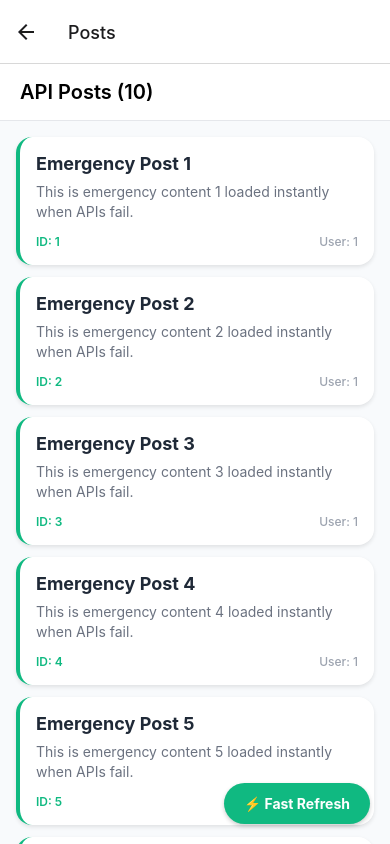
Repository: nawaz1568/Task_counter
Screen: /Posts
The author's editor kept a copy of each file at every save. The screen is drawn from the files as they stood at one save, then again after the next save.
The page's requests for data from a server got no answer. An inner scrolling area shows only its first screen. The app was drawn by React Native's web renderer in a window 390 px wide. The project was rebuilt for these pictures with package versions that can differ from the ones it lists, and the page was loaded fresh each time. No one was signed in, and anything a server would have sent is missing. Also part of the build but not shown: src/screens/PostDetailScreen.js, src/screens/CounterScreen.js.

Above is the screen before, as saved 2025-09-09 12:14:20.

After the next save:
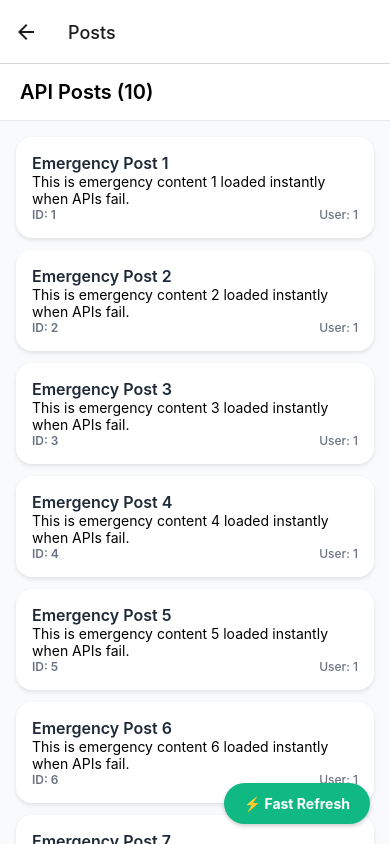
Saved 6 min 32 s later.
--- a/src/screens/PostListScreen.js
+++ b/src/screens/PostListScreen.js
@@ -198,21 +198,46 @@ const styles = StyleSheet.create({
     shadowOpacity: 0.1,
     shadowRadius: 4,
     elevation: 3,
+  },
+  completedCard: {
     borderLeftWidth: 4,
     borderLeftColor: '#10b981',
   },
+  pendingCard: {
+    borderLeftWidth: 4,
+    borderLeftColor: '#f59e0b',
+  },
+  cardHeader: {
+    flexDirection: 'row',
+    alignItems: 'flex-start',
+    justifyContent: 'space-between',
+    marginBottom: 12,
+  },
   cardTitle: {
-    fontSize: 18,
-    fontWeight: '700',
-    marginBottom: 8,
+    fontSize: 16,
+    fontWeight: '600',
     color: '#1f2937',
     textTransform: 'capitalize',
-  },
-  cardBody: {
-    color: '#6b7280',
-    fontSize: 14,
-    lineHeight: 20,
-    marginBottom: 12,
+    flex: 1,
+    marginRight: 12,
+  },
+  statusBadge: {
+    borderRadius: 12,
+    paddingHorizontal: 8,
+    paddingVertical: 4,
+    minWidth: 24,
+    alignItems: 'center',
+  },
+  completedBadge: {
+    backgroundColor: '#10b981',
+  },
+  pendingBadge: {
+    backgroundColor: '#f59e0b',
+  },
+  statusText: {
+    color: '#ffffff',
+    fontSize: 12,
+    fontWeight: '700',
   },
   cardFooter: {
     flexDirection: 'row',
@@ -221,13 +246,23 @@ const styles = StyleSheet.create({
   },
   cardId: {
     fontSize: 12,
-    color: '#10b981',
+    color: '#6b7280',
     fontWeight: '600',
   },
   cardUser: {
     fontSize: 12,
-    color: '#9ca3af',
+    color: '#6b7280',
     fontWeight: '500',
+  },
+  statusLabel: {
+    fontSize: 11,
+    fontWeight: '700',
+  },
+  completedText: {
+    color: '#10b981',
+  },
+  pendingText: {
+    color: '#f59e0b',
   },
   emptyContainer: {
     flex: 1,
